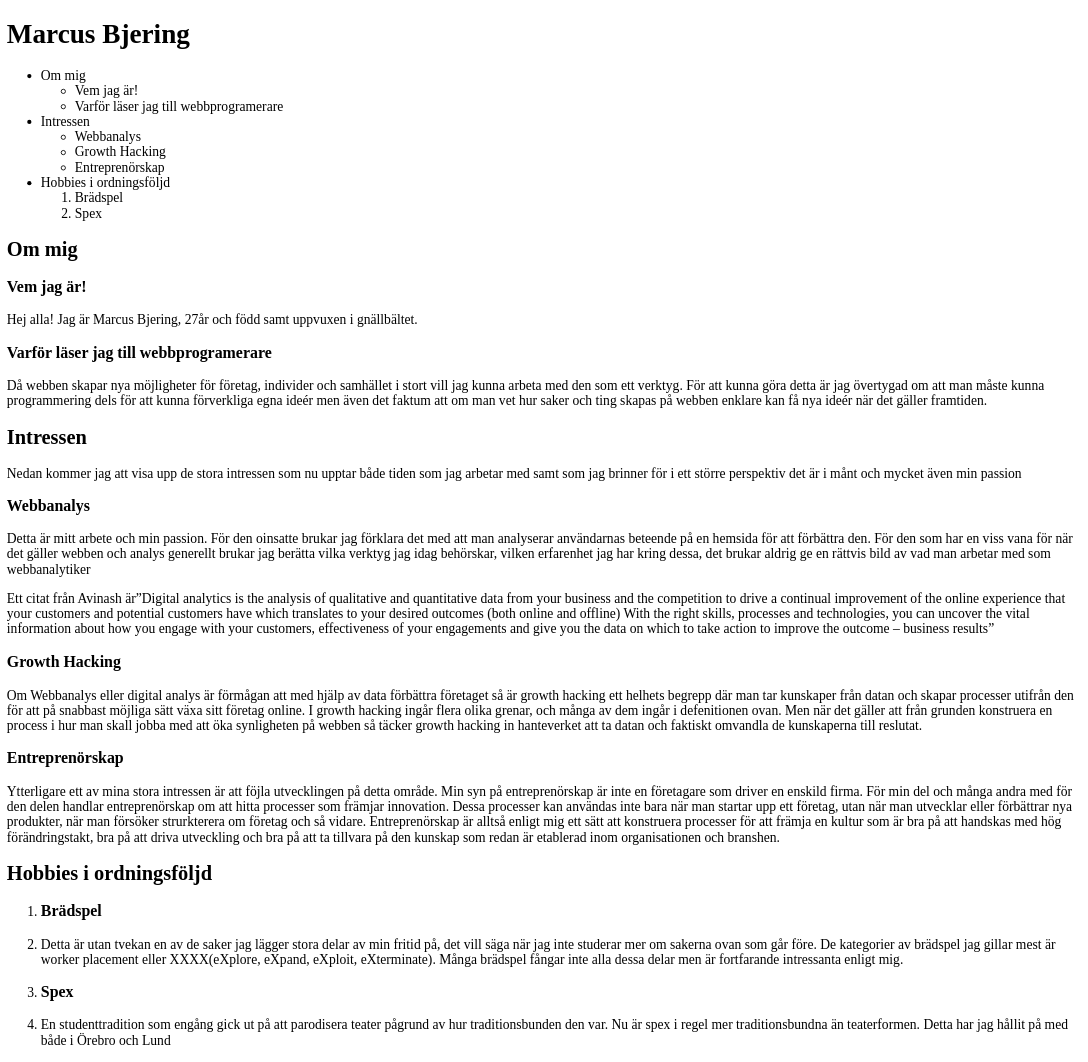
Repository: mb223ks/1IK415-laborationer
Page: pages/presentation.html
The author's editor kept a record of every edit. The page is drawn from the files as they stood at one moment, then again after the next edit.
The browser window is 1280 px wide. The pictures show the whole page, at 85% of full size.

Above is the page before.

### pages/presentation.html
<!DOCTYPE html>
<html lang="sv">
    <head>
        <meta charset="utf-8" />
        <title>Presentation av Marcus Bjering</title>

    </head>
    <body>
        <h1>Marcus Bjering</h1>

        <ul>
            <li>Om mig
            <ul>
                <li>Vem jag är!</li>
                <li>Varför läser jag till webbprogramerare</li>
            </ul>
            </li>
            <li>Intressen
            <ul>
                <li>Webbanalys</li>
                <li>Growth Hacking</li>
                <li>Entreprenörskap</li>
            </ul>
            </li>
            <li>Hobbies i ordningsföljd
            <ol>
                <li>Brädspel</li>
                <li>Spex</li>
            </ol>
            </li>
        </ul>
        <h2>Om mig</h2>
        <h3>Vem jag är!</h3>
            <p>Hej alla! Jag är Marcus Bjering, 27år och född samt uppvuxen i gnällbältet.  </p>
        <h3>Varför läser jag till webbprogramerare</h3>
            <p>Då webben skapar nya möjligheter för företag, individer och samhället i stort vill jag kunna arbeta med den som ett verktyg. För att kunna göra detta är jag övertygad om att man måste kunna programmering dels för att kunna förverkliga egna ideér men även det faktum att om man vet hur saker och ting skapas på webben enklare kan få nya ideér när det gäller framtiden. </p>
        <h2>Intressen</h2>
            <p>Nedan kommer jag att visa upp de stora intressen som nu upptar både tiden som jag arbetar med samt som jag brinner för i ett större perspektiv det är i månt och mycket även min passion</p>
        <h3>Webbanalys</h3>
            <p>Detta är mitt arbete och min passion. För den oinsatte brukar jag förklara det med att man analyserar användarnas beteende på en hemsida för att förbättra den. För den som har en viss vana för när det gäller webben och analys generellt brukar jag berätta vilka verktyg jag idag behörskar, vilken erfarenhet jag har kring dessa, det brukar aldrig ge en rättvis bild av vad man arbetar med som webbanalytiker</p>
            <p> Ett citat från Avinash är<q>Digital analytics is the analysis of qualitative and quantitative data from your business and the competition to drive a continual improvement of the online experience that your customers and potential customers have which translates to your desired outcomes (both online and offline) With the right skills, processes and technologies, you can uncover the vital information about how you engage with your customers, effectiveness of your engagements and give you the data on which to take action to improve the outcome – business results</q></p>
        <h3>Growth Hacking</h3>
            <p>Om Webbanalys eller digital analys är förmågan att med hjälp av data förbättra företaget så är growth hacking ett helhets begrepp där man tar kunskaper från datan och skapar processer utifrån den för att på snabbast möjliga sätt växa sitt företag online. I growth hacking ingår flera olika grenar, och många av dem ingår i defenitionen ovan. Men när det gäller att från grunden konstruera en process i hur man skall jobba med att öka synligheten på webben så täcker growth hacking in hanteverket att ta datan och faktiskt omvandla de kunskaperna till reslutat. </p>
        <h3>Entreprenörskap</h3>
            <p>Ytterligare ett av mina stora intressen är att föjla utvecklingen på detta område. Min syn på entreprenörskap är inte en företagare som driver en enskild firma. För min del och många andra med för den delen handlar entreprenörskap om att hitta processer som främjar innovation. Dessa processer kan användas inte bara när man startar upp ett företag, utan när man utvecklar eller förbättrar nya produkter, när man försöker strurkterera om företag och så vidare. Entreprenörskap är alltså enligt mig ett sätt att konstruera processer för att främja en kultur som är bra på att handskas med hög förändringstakt, bra på att driva utveckling och bra på att ta tillvara på den kunskap som redan är etablerad inom organisationen och branshen.</p>
        <h2>Hobbies i ordningsföljd</h2>
        <ol>
            <li><h3>Brädspel</h3></li>
                <li>Detta är utan tvekan en av de saker jag lägger stora delar av min fritid på, det vill säga när jag inte studerar mer om sakerna ovan som går före. De kategorier av brädspel jag gillar mest är worker placement eller XXXX(eXplore, eXpand, eXploit, eXterminate). Många brädspel fångar inte alla dessa delar men är fortfarande intressanta enligt mig.</li>
            <li><h3>Spex</h3></li>
                <li>En studenttradition som engång gick ut på att parodisera teater pågrund av hur traditionsbunden den var. Nu är spex i regel mer traditionsbundna än teaterformen. Detta har jag hållit på med både i Örebro och Lund</li>
        </ol>
    </body>
</html>

After the next edit:
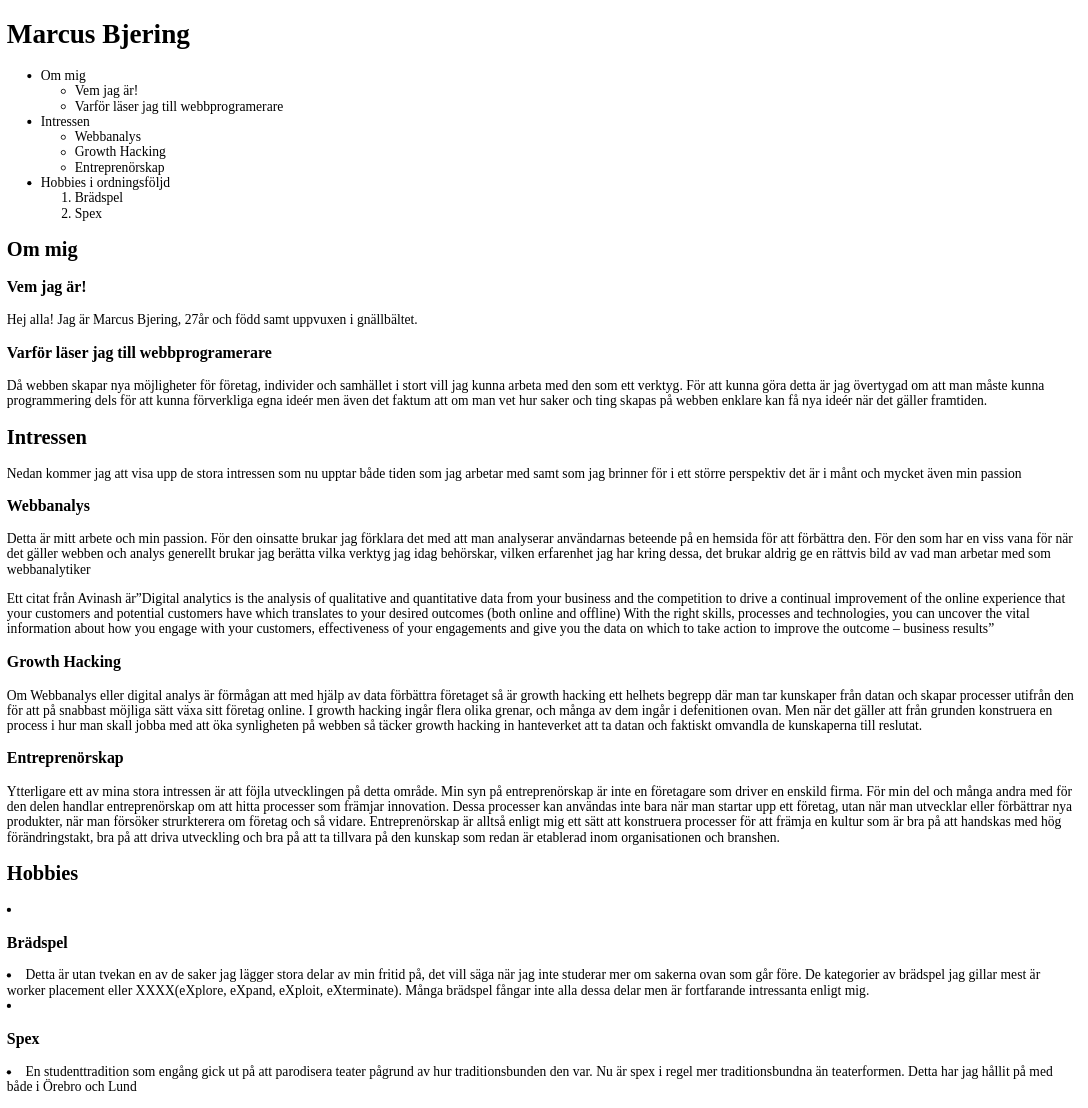
The edit:
--- a/pages/presentation.html
+++ b/pages/presentation.html
@@ -43,8 +43,8 @@
             <p>Om Webbanalys eller digital analys är förmågan att med hjälp av data förbättra företaget så är growth hacking ett helhets begrepp där man tar kunskaper från datan och skapar processer utifrån den för att på snabbast möjliga sätt växa sitt företag online. I growth hacking ingår flera olika grenar, och många av dem ingår i defenitionen ovan. Men när det gäller att från grunden konstruera en process i hur man skall jobba med att öka synligheten på webben så täcker growth hacking in hanteverket att ta datan och faktiskt omvandla de kunskaperna till reslutat. </p>
         <h3>Entreprenörskap</h3>
             <p>Ytterligare ett av mina stora intressen är att föjla utvecklingen på detta område. Min syn på entreprenörskap är inte en företagare som driver en enskild firma. För min del och många andra med för den delen handlar entreprenörskap om att hitta processer som främjar innovation. Dessa processer kan användas inte bara när man startar upp ett företag, utan när man utvecklar eller förbättrar nya produkter, när man försöker strurkterera om företag och så vidare. Entreprenörskap är alltså enligt mig ett sätt att konstruera processer för att främja en kultur som är bra på att handskas med hög förändringstakt, bra på att driva utveckling och bra på att ta tillvara på den kunskap som redan är etablerad inom organisationen och branshen.</p>
-        <h2>Hobbies i ordningsföljd</h2>
-        <ol>
+        <h2>Hobbies</h2>
+        <dl>
             <li><h3>Brädspel</h3></li>
                 <li>Detta är utan tvekan en av de saker jag lägger stora delar av min fritid på, det vill säga när jag inte studerar mer om sakerna ovan som går före. De kategorier av brädspel jag gillar mest är worker placement eller XXXX(eXplore, eXpand, eXploit, eXterminate). Många brädspel fångar inte alla dessa delar men är fortfarande intressanta enligt mig.</li>
             <li><h3>Spex</h3></li>
